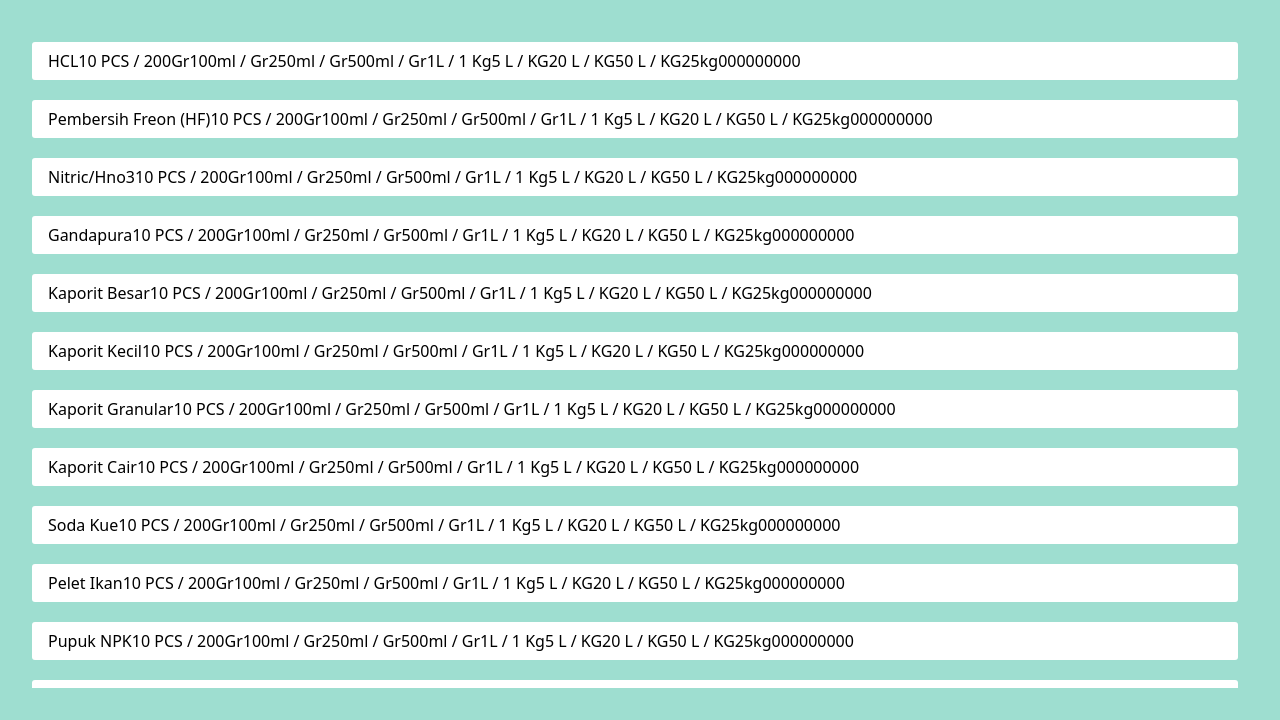
Repository: zuraniumlab-design/upstock-amsk
Page: /
These files come from the project's save history. The page is drawn as it stood at one moment and after a run of saves; the edit follows.
The browser window is 1280 px wide. The pictures show the whole page.
An inner scrolling area shows only its first screen. The project was rebuilt for these pictures with package versions that can differ from the ones it lists, and the page was loaded fresh each time. Also part of the build but not shown: vite.config.js.

Above is the page before, as saved 2026-06-18 16:37:48.

### index.html
<!doctype html>
<html lang="en">
  <head>
    <meta charset="UTF-8" />
    <link rel="icon" type="image/svg+xml" href="/favicon.svg" />
    <meta name="viewport" content="width=device-width, initial-scale=1.0" />
    <meta name="author" content="muhammad hakim ilahi">
    <title>UpStock</title>
  </head>
  <body>
    <div id="root"></div>
    <script type="module" src="/src/main.jsx"></script>
  </body>
</html>

### src/main.jsx
import { StrictMode } from 'react'
import { createRoot } from 'react-dom/client'
import './index.css'
import App from './App.jsx'
import { RouterProvider } from 'react-router-dom'
import router from './router.jsx'

createRoot(document.getElementById('root')).render(
  <RouterProvider router={router}></RouterProvider>
)

### src/index.css
* {
  box-sizing: border-box;
  font-family: system-ui, -apple-system, BlinkMacSystemFont, 'Segoe UI', Roboto, Oxygen, Ubuntu, Cantarell, 'Open Sans', 'Helvetica Neue', sans-serif;
}

body {
  margin: 0;
}

div {
  display: flex;
}

### src/router.jsx
import { createBrowserRouter } from "react-router-dom";
import App from "./App";


const router = createBrowserRouter([
  {
    element: <App />,
    path: '/'
  }
])

export default router

### src/App.module.css
.container {
  background-color: #9eded0;
  height: 100vh;
  width: 100vw;
  padding: 2rem;
}

/*? SIDEBAR START */
.sidebar {

}
/*? SIDEBAR END */

.content {
  height: calc(100vh - 4rem);
  width: 100%;
  overflow: hidden;
  position: relative;
  flex-direction: column;
}

.head {
  height: 10px;
}

.items {
  height: 100%;
  width: 100%;
  padding-right: 10px;
  overflow: auto;
  gap: 20px;
  flex-direction: column;
}
.item {
  background-color: #fff;
  padding: 0.5rem 1rem;
  border-radius: 3px;
}
.weights {
  flex-direction: column;
}

Loaded but not shown: src/App.jsx (1541 lines, source omitted)

After the next 2 saves:
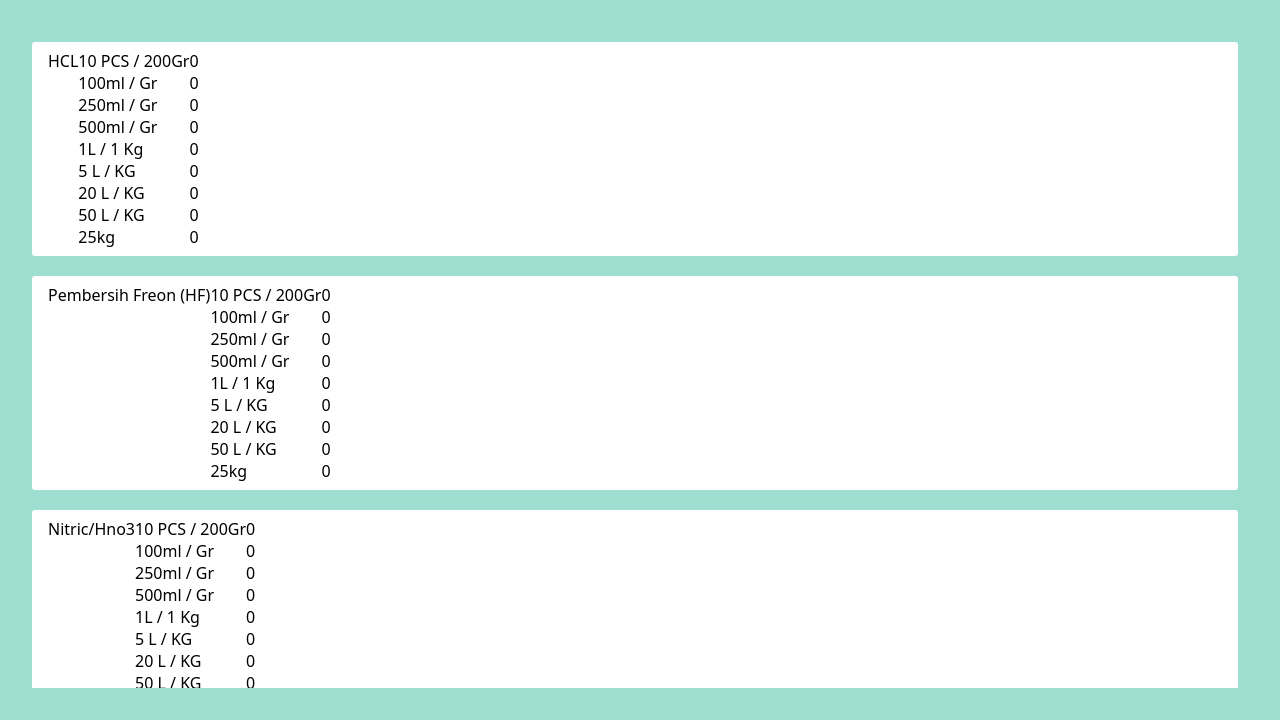
The 2 saves are shown as one change because they came seconds apart.
The last was saved 14 s later.
--- a/src/App.module.css
+++ b/src/App.module.css
@@ -36,6 +36,7 @@
   padding: 0.5rem 1rem;
   border-radius: 3px;
 }
-.weights {
+
+.display, .stock {
   flex-direction: column;
 }
